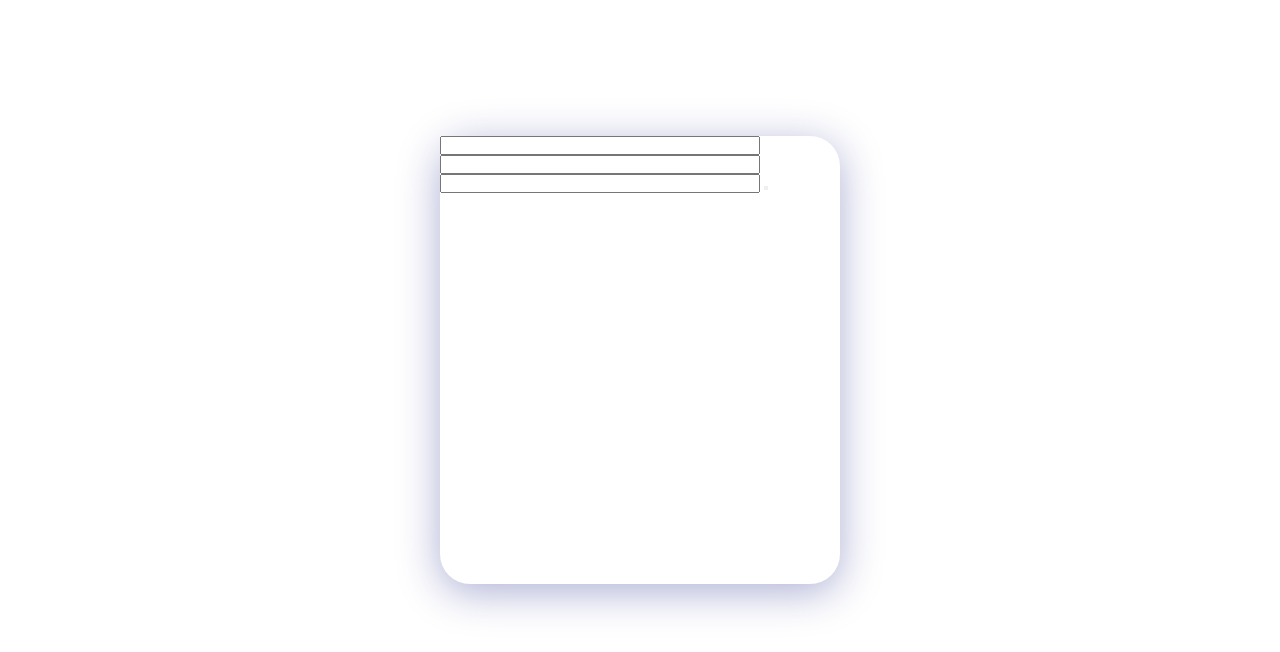
Repository: rkrukshan/Glass_Login_CSS
Page: login.html
The author's editor kept a copy of each file at every save. The page is drawn from the files as they stood at one save, then again after the next save.
The browser window is 1280 px wide. The pictures show the whole page.

Above is the page before, as saved 2023-10-02 22:07:48.

After the next save:
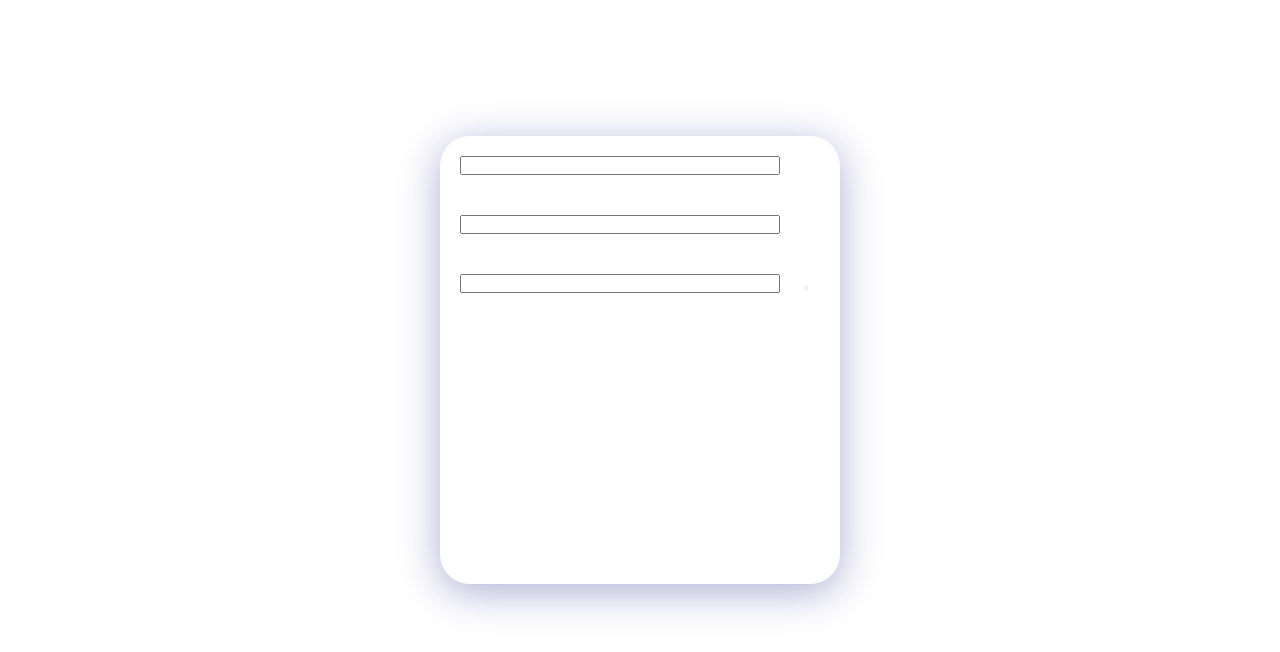
Saved 4 s later.
--- a/login.html
+++ b/login.html
@@ -31,7 +31,7 @@
     input
     {
       width: 80%;
-      mar
+      margin: 5%;
     }
     </style>
     <meta charset="UTF-8">
